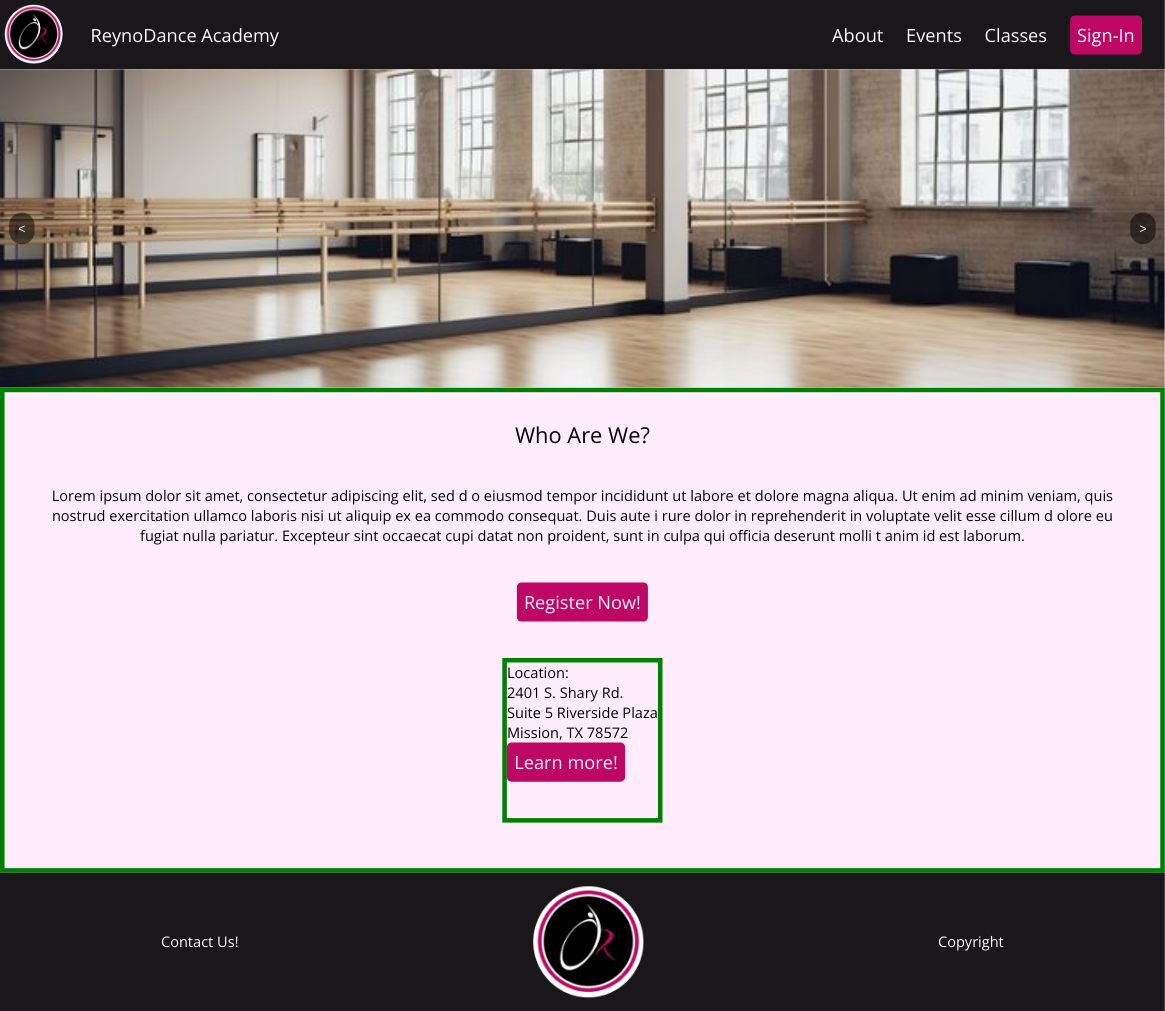
Repository: andreaelpz/reynodance-academy
Page: /
These files come from the project's save history. The page is drawn as it stood at one moment and after the next save; the edit follows.
The browser window is 1280 px wide. The pictures show the whole page, at 91% of full size.
The project was rebuilt for these pictures with package versions that can differ from the ones it lists, and the page was loaded fresh each time. Also part of the build but not shown: angular.json, src/app/about/about.component.ts, src/app/classes/classes.component.ts, src/app/events/events.component.ts, src/app/user/sign-in/sign-in.component.ts, src/app/dashboard/dashboard.component.ts, src/app/user/register/register.component.ts, src/app/login/login.component.ts.

Above is the page before, as saved 2024-11-19 23:39:11.

### src/index.html
<!doctype html>
<html lang="en">
<head>
  <meta charset="utf-8">
  <title>ReynodanceAcademy</title>
  <base href="/">
  <meta name="viewport" content="width=device-width, initial-scale=1">
  <link rel="icon" type="image/x-icon" href="/assets/images/logo.png">
</head>
<body>
  <app-root></app-root>
</body>
</html>

### src/styles.css
/* You can add global styles to this file, and also import other style files */
@import url('https://fonts.googleapis.com/css2?family=Open+Sans:wght@300;400;500;600;700;800&display=swap');

:root {
  --black: rgb(0,0,0,.9);
  --lightPink: #FFEDFE;
  --hotPink: #BE0765;
}

body {
  margin: 0;
  background: var(--lightPink);
  font-family: 'Open Sans', sans-serif;
  font-weight: 300;
  color: white;
}

### src/app/app.module.ts
import { NgModule } from '@angular/core';
import { BrowserModule } from '@angular/platform-browser';
import { FormsModule } from '@angular/forms';
import { AppRoutingModule } from './app-routing.module';

import { AppComponent } from './app.component';
import { NavbarComponent } from './navbar/navbar.component';
import { AboutComponent } from './about/about.component';
import { ClassesComponent } from './classes/classes.component';
import { EventsComponent } from './events/events.component';
import { RegisterComponent } from './user/register/register.component';
import { LoginComponent } from './login/login.component';
import { SignInComponent } from './user/sign-in/sign-in.component';
import { DashboardComponent } from './dashboard/dashboard.component';
import { HomeComponent } from './home/home.component';
import { FooterComponent } from './footer/footer.component';

@NgModule({
  declarations: [
    AppComponent,
    NavbarComponent,
    AboutComponent,
    ClassesComponent,
    EventsComponent,
    RegisterComponent,
    LoginComponent,
    SignInComponent,
    DashboardComponent,
    HomeComponent,
    FooterComponent
  ],
  imports: [
    BrowserModule,
    AppRoutingModule,
    FormsModule
  ],
  providers: [],
  bootstrap: [AppComponent]
})
export class AppModule { }

### src/app/app-routing.module.ts
import { NgModule } from '@angular/core';
import { RouterModule, Routes } from '@angular/router';
import { AboutComponent } from './about/about.component';
import { ClassesComponent } from './classes/classes.component';
import { EventsComponent } from './events/events.component';
import { SignInComponent } from './user/sign-in/sign-in.component';
import { DashboardComponent } from './dashboard/dashboard.component';
import { HomeComponent } from './home/home.component';
import { RegisterComponent } from './user/register/register.component';

const routes: Routes = [
  {path: 'about', component: AboutComponent, title:"About - ReynoDance"},
  {path: 'classes', component: ClassesComponent, title:"Classes - ReynoDance"},
  {path: 'events', component: EventsComponent, title:"Events - ReynoDance"},
  {path: 'register', component: RegisterComponent, title:"Register - ReynoDance"},
  {path: 'sign-in', component: SignInComponent, title:"Sign-In - ReynoDance"},
  {path: 'dashboard', component: DashboardComponent, title:"Dashboard - ReynoDance"},
  {path: '', component: HomeComponent, title:"ReynoDance Academy"}
];

@NgModule({
  imports: [RouterModule.forRoot(routes)],
  exports: [RouterModule]
})
export class AppRoutingModule { }

### src/app/app.component.ts
import { Component } from '@angular/core';

@Component({
  selector: 'app-root',
  templateUrl: './app.component.html',
  styleUrls: ['./app.component.css']
})
export class AppComponent {
  title = 'reynodance-academy';
}

### src/app/home/home.component.ts
import { Component } from '@angular/core';

@Component({
  selector: 'app-home',
  templateUrl: './home.component.html',
  styleUrls: ['./home.component.css']
})
export class HomeComponent {
  images: string[] = ['studio.jpg', 'girls.jpg', 'solo.jpg'];
  currentIndex: number = 0;

  nextPic(): number{
    this.currentIndex++;

    if (this.currentIndex === this.images.length){
      this.currentIndex = 0;
    }

    return this.currentIndex;
  }

  prevPic(): number{
    if (this.currentIndex === 0){
      this.currentIndex = this.images.length - 1;
      return this.currentIndex;
    }

    this.currentIndex--;

    return this.currentIndex;
  }

  getImagePath(): string{
    return `/assets/images/${this.images[this.currentIndex]}`;
  }
}

### src/app/navbar/navbar.component.html
<div class = "container">
  <div class = "left">
    <a href = ""> <img class = "logo" src="/assets/images/logo.png" alt="Logo"/> </a>
    <a href = "">ReynoDance Academy</a>
  </div>
  <div class = "right">
    <a href = "/about">About</a>
    <a href = "/events">Events</a>
    <a href = "/classes">Classes</a>
    <a class = "sign-in" href = "/sign-in">Sign-In</a>
  </div>
</div>

### src/app/navbar/navbar.component.css
.container{
  display: flex;
  justify-content: space-between;
  font-size: 20px;
  background-color: var(--black);
}

.left{
  display: flex;
  align-items: center;
  margin-left: 5px;
}

.left *{
  margin-right: 15px;
}

.logo{
  height: 65px;
  border-radius: 100%;
  margin-top: 5px;
}

.right{
  display: flex;
  align-items: center;
  margin-right: 25px;
}

.right *{
  margin-left: 25px;
}

a{
  text-decoration: none;
  color: white;
}

.sign-in{
  background-color: var(--hotPink);
  padding: 8px;
  border-radius: 5px;
}

.sign-in:hover{
  border-color: 10px solid var(--hotPink);
  background-color: #FFEDFE;
  color: var(--hotPink);
  font-size: 18px;
  font-weight: 400;
  border-color: var(--hotPink)
}

### src/app/home/home.component.html

    <div class = "pictures">
        <button type = "picsButton" (click) = prevPic()><</button>
        <img alt = "ReynoDance" [src]="getImagePath()">
        <button type = "picsButton" (click) = nextPic()>></button>
    </div>
<div class = "container">
    <div class = "intro">
        <div class = "title">Who Are We?</div>
        <div class = "summary">
            Lorem ipsum dolor sit amet, consectetur adipiscing elit, sed d
            o eiusmod tempor incididunt ut labore et dolore magna aliqua.
            Ut enim ad minim veniam, quis nostrud exercitation ullamco
            laboris nisi ut aliquip ex ea commodo consequat. Duis aute i
            rure dolor in reprehenderit in voluptate velit esse cillum d
            olore eu fugiat nulla pariatur. Excepteur sint occaecat cupi
            datat non proident, sunt in culpa qui officia deserunt molli
            t anim id est laborum.
        </div>
    </div>

    <div>
        <button type = "button" [routerLink] = "['/register']" class = "register">Register Now!</button>
    </div>

    <div class = "moreInfo">
        <div class = "location">
            Location: <br>
            2401 S. Shary Rd. <br>
            Suite 5 Riverside Plaza <br>
            Mission, TX 78572
        </div>
        <button type = "button" [routerLink] = "['/about']" class = "learnMore">Learn more!</button>
    </div>

</div>

### src/app/home/home.component.css
.pictures {
  display: flex;
  width: 100%;
  height: 350px;
  flex-direction: row;
  justify-content: space-between;
  overflow: hidden;
  position: relative;
}

img {
  width: 100%;
  height: 100%;
  object-fit: cover; /* crop excess */
}

.pictures button {
  position: absolute;
  top: 50%;
  transform: translateY(-50%);
  background-color: rgba(0, 0, 0, 0.5);
  color: white;
  border: none; /* Remove borders */
  padding: 10px;
  cursor: pointer;
  border-radius: 25px;
}

.pictures button:hover {
  background-color: rgba(0, 0, 0, 0.7);
}

.pictures button:first-of-type {
  left: 10px;
}

.pictures button:last-of-type {
  right: 10px;
}

.container{
  color:black;
  display:flex;
  flex-direction: column;
  align-items: center;
  padding: 30px 50px 50px 50px;
  bordeR: 5px solid green;
}

.title{
  text-align: center;
  display: flex;
  justify-content: center;
  margin-bottom: 40px;
  font-size: 24px;
  font-weight:400;
}

.summary{
    text-align: center;
    display: flex;
    justify-content: center;
    margin-bottom: 40px;
}

.register{
  background-color: var(--hotPink);
  padding: 8px;
  border-radius: 5px;
  border: none;
  color: var(--lightPink);
  font-family: 'Open Sans', sans-serif;
  font-size: 20px;
  margin-bottom: 40px;
  border
}

.register:hover{
  border-color: 10px solid var(--hotPink);
  background-color: var(--black);
  color: white;
  font-size: 19px;
  font-weight: 400;
  cursor: pointer;
}

.moreInfo{
  border: 5px solid green;
}

.location{
}

.learnMore{
  background-color: var(--hotPink);
  padding: 8px;
  border-radius: 5px;
  border: none;
  color: var(--lightPink);
  font-family: 'Open Sans', sans-serif;
  font-size: 20px;
  margin-bottom: 40px;
}

.learnMore:hover{
  border-color: 10px solid var(--hotPink);
  background-color: var(--black);
  color: white;
  font-size: 19px;
  font-weight: 400;
  cursor: pointer;
}

### src/app/footer/footer.component.html
<div class = "container">
    <div class = "links">Contact Us!</div>
    <img class = "logo" src="/assets/images/logo.png">
    <div class = "copyright">Copyright</div>
</div>

### src/app/footer/footer.component.css
.container{
    background-color: var(--black);
    display: flex;
    flex-direction: row;
    justify-content: space-around;
    padding: 15px;
    align-items: center;
}

Loaded but not shown: src/main.ts (common file); src/app/navbar/navbar.component.ts (common file); src/app/footer/footer.component.ts (common file); src/app/app.component.html (common file); src/app/app.component.css (no stored copy; drawn as an empty file)

After the next save:
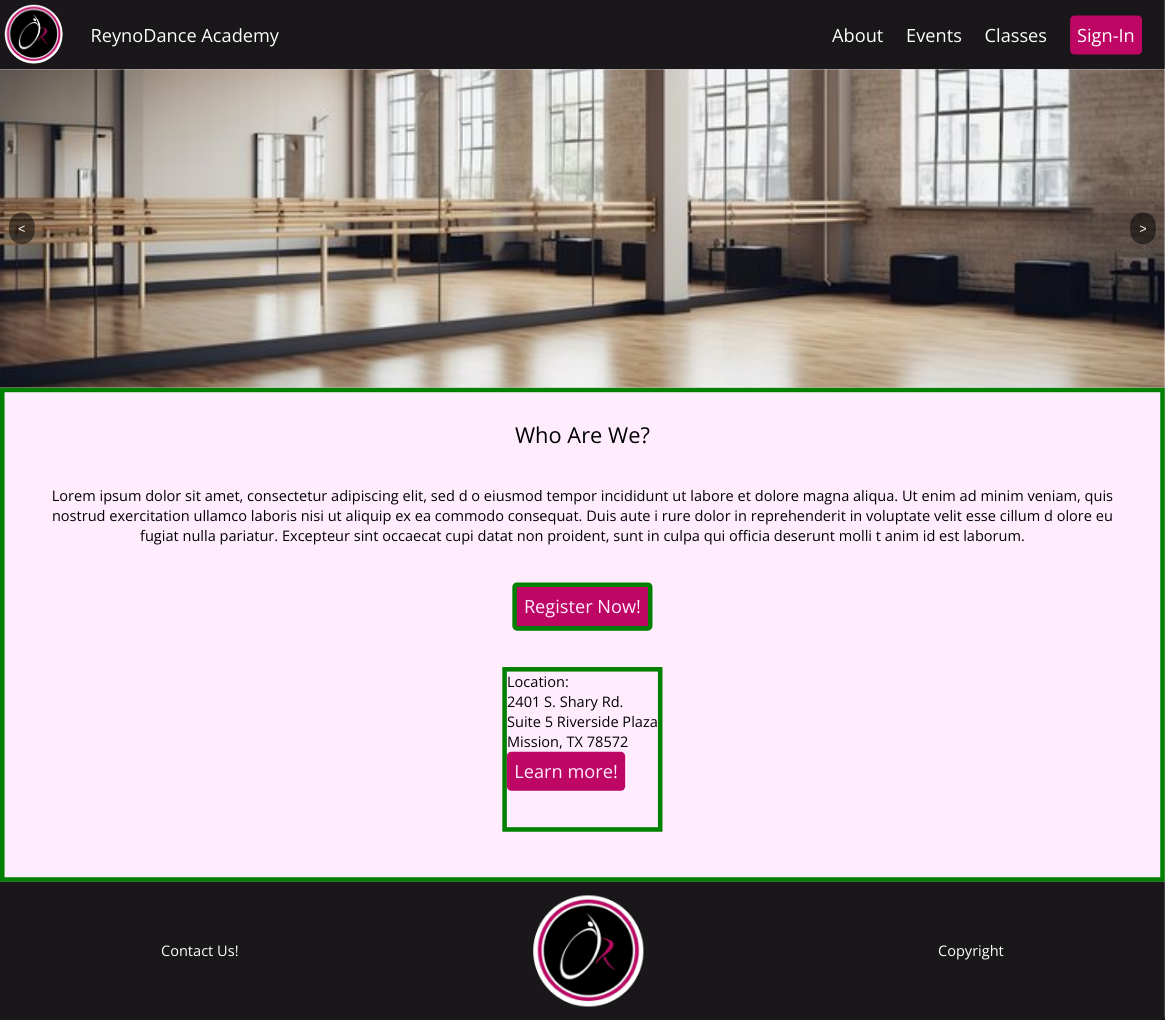
Saved 5 s later.
--- a/src/app/home/home.component.css
+++ b/src/app/home/home.component.css
@@ -72,7 +72,7 @@
   font-family: 'Open Sans', sans-serif;
   font-size: 20px;
   margin-bottom: 40px;
-  border
+  border: 5px solid green;
 }
 
 .register:hover{

After the save that followed:
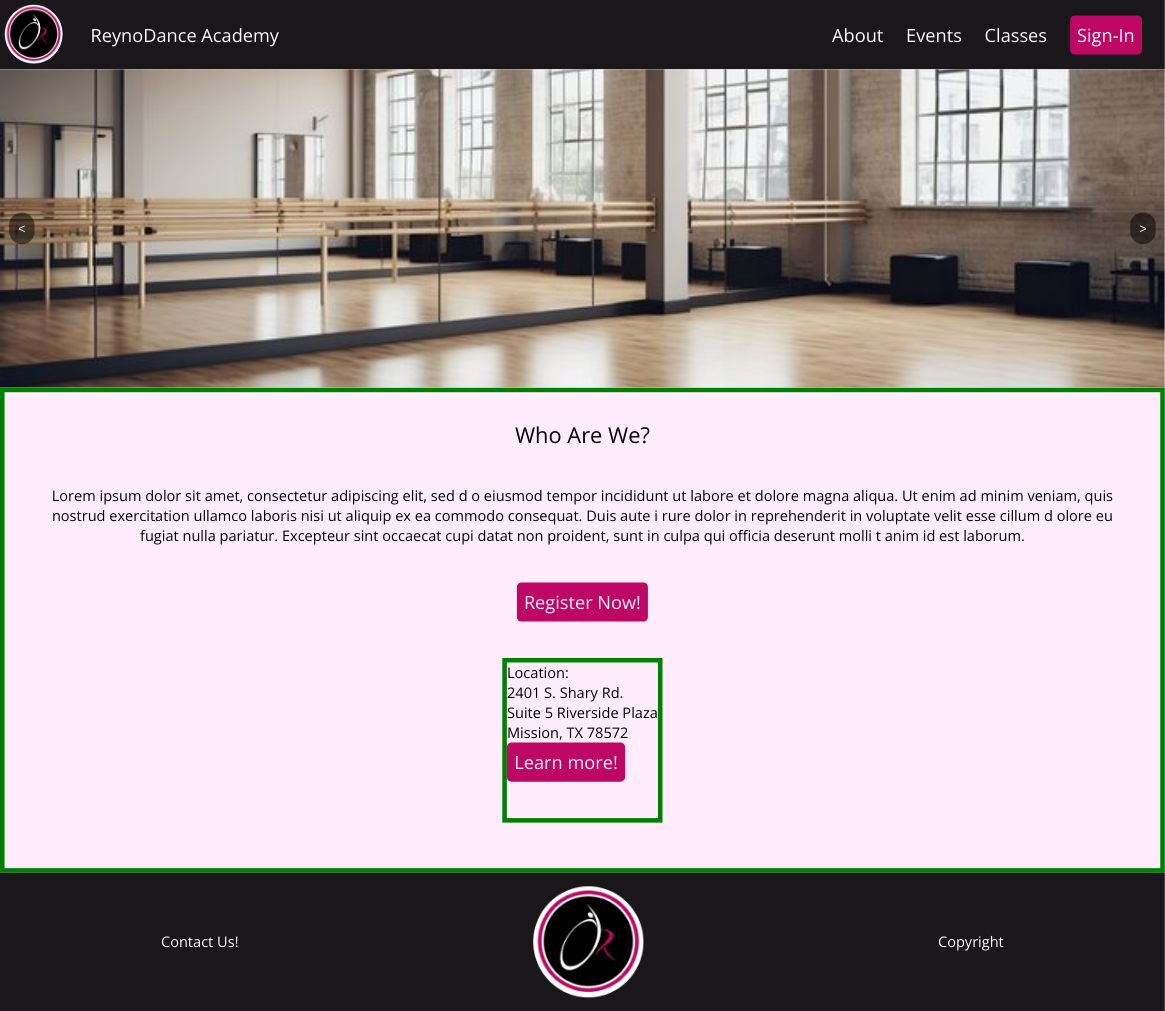
Saved 4 s later.
--- a/src/app/home/home.component.css
+++ b/src/app/home/home.component.css
@@ -72,7 +72,6 @@
   font-family: 'Open Sans', sans-serif;
   font-size: 20px;
   margin-bottom: 40px;
-  border: 5px solid green;
 }
 
 .register:hover{
